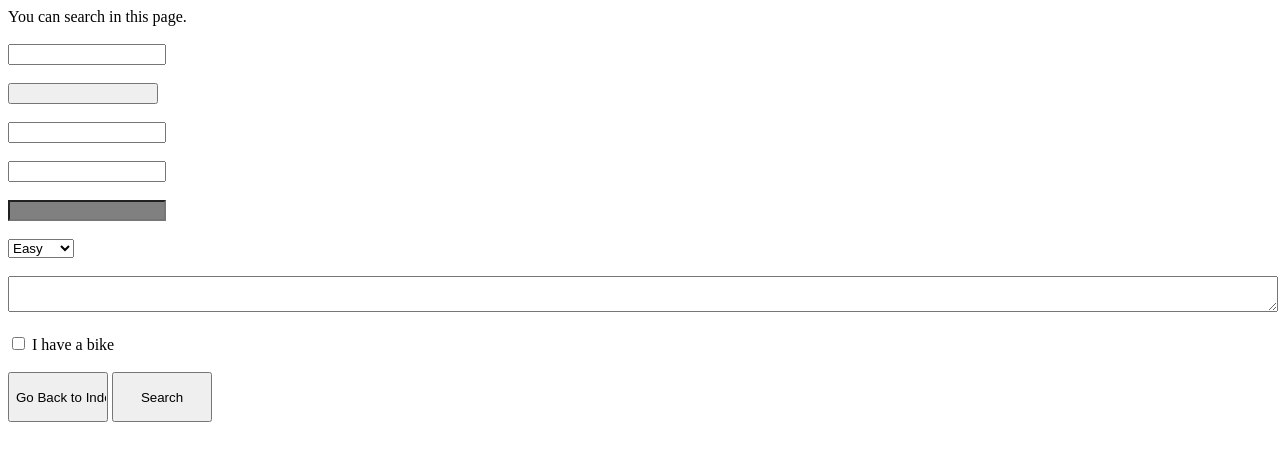
Repository: learoncero/SEProjektUebung
Page: http://localhost/HikingSoftware/search.jsp
The author's editor kept a copy of each file at every save. The page is drawn from the files as they stood at one save, then again after the next save.
The browser window is 1280 px wide. The pictures show the whole page.
The page is served by Tomcat 9.

Above is the page before, as saved 2023-10-18 09:04:14.

### HikingSoftware/src/main/webapp/search.jsp
<%@ page language="java" contentType="text/html; charset=ISO-8859-1"
    pageEncoding="ISO-8859-1"%>
<!DOCTYPE html>
<html>
<head>
<meta charset="ISO-8859-1">
<title>Insert title here</title>
</head>
<body>
	You can search in this page.
	<br/><br/>
	<input type="text" style="width:150px">
	<br/><br/>
	<input type="button" style="width:150px">
	<br/><br/>
	<input type="password" style="width:150px">
	<br/><br/>
	<input type="email" style="width:150px">
	<br/><br/>

	<!-- Mit form kann man Daten schicken. Mit method="post" wird Passwort nicht im
	Suchstring als Klartext mitgeschickt. Nur für Login & für längere Formulare z.B. Wanderung erfassen. -->

	<form action="search_results.jsp" method="get">
		<input type="text" name="searchString" style="width:150px;background-color:grey">
		<br/><br/>

		<!-- Mit type submit werden alle Inhalte in dem Textfeld als Formular geschickt  -->

		<select name="difficulty">
			<option value="1">Easy</option>
			<option value="5">Difficult</option>
		</select>
		<br/><br/>

		<textarea name="description" style="width:100%"></textarea>
		<br/><br/>

		<input type="checkbox" name="bike">
		<label for="vehicle1">I have a bike</label>
		<br/><br/>

		<input type="button" value="Go Back to Index" onClick="window.location.href = 'index.jsp'" style="width:100px;height:50px">
		<input type="submit" value="Search" style="width:100px;height:50px">
	</form>




</body>
</html>

After the next save:
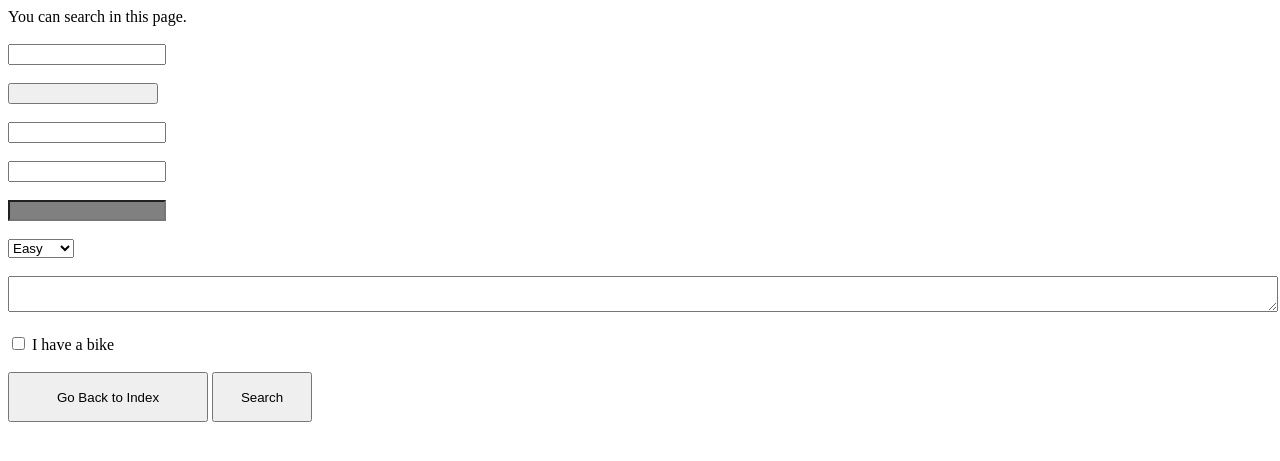
Saved 8 s later.
--- a/HikingSoftware/src/main/webapp/search.jsp
+++ b/HikingSoftware/src/main/webapp/search.jsp
@@ -40,7 +40,7 @@
 		<label for="vehicle1">I have a bike</label>
 		<br/><br/>
 
-		<input type="button" value="Go Back to Index" onClick="window.location.href = 'index.jsp'" style="width:100px;height:50px">
+		<input type="button" value="Go Back to Index" onClick="window.location.href = 'index.jsp'" style="width:200px;height:50px">
 		<input type="submit" value="Search" style="width:100px;height:50px">
 	</form>
 
